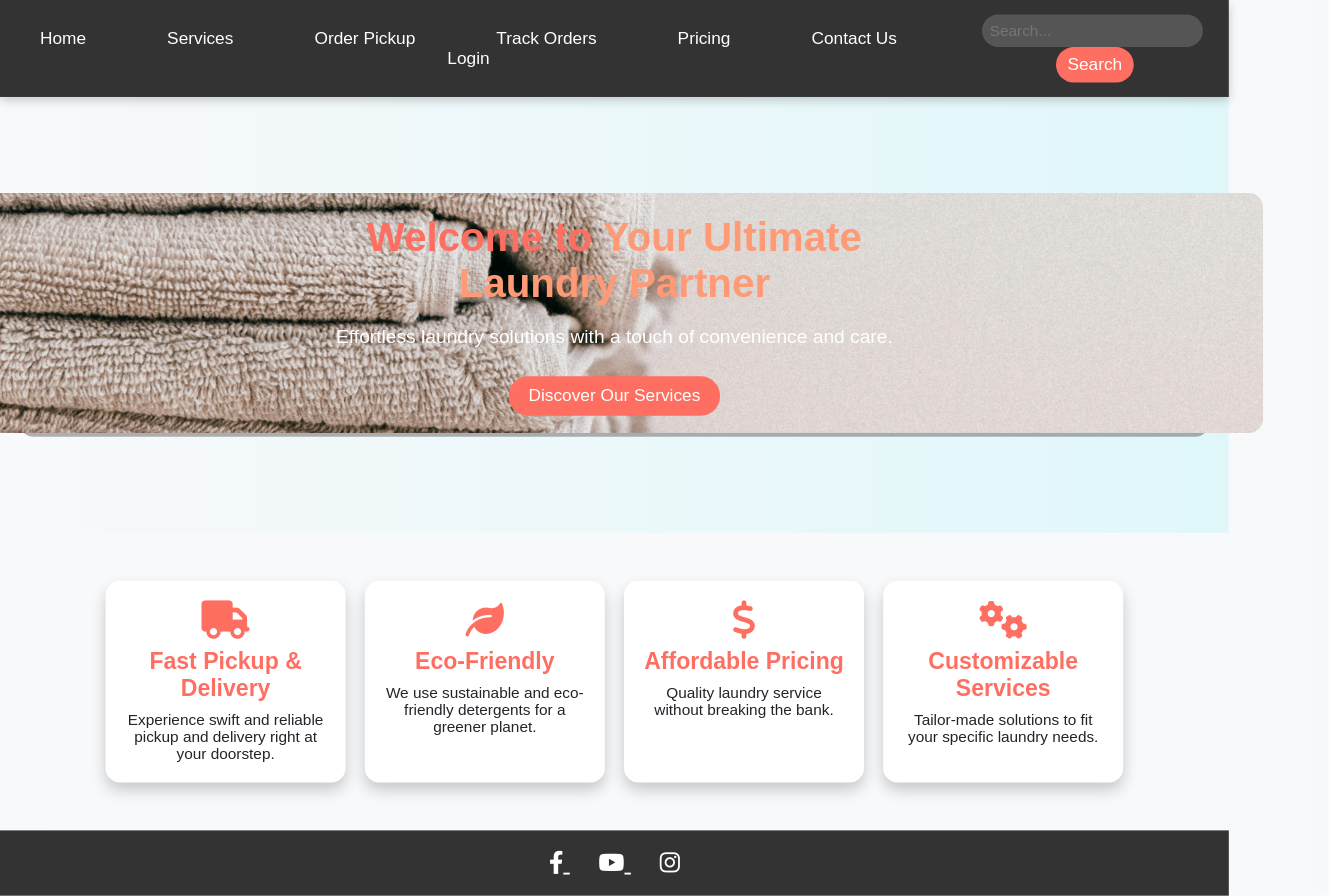
Repository: wmrmweerakoon/Online-Laundry-Management-System
Page: http://localhost/LaundryManagementSystem/home.jsp
These files come from the project's save history. The page is drawn as it stood at one moment and after the next save; the edit follows.
The browser window is 1280 px wide. The page is 1384 px wide, so the pictures cover 1384 px, including what lies to the right of the window. The pictures show the whole page, at 96% of full size.
The page is served by Tomcat 9.

Above is the page before, as saved 2024-10-08 04:01:46.

After the next save:
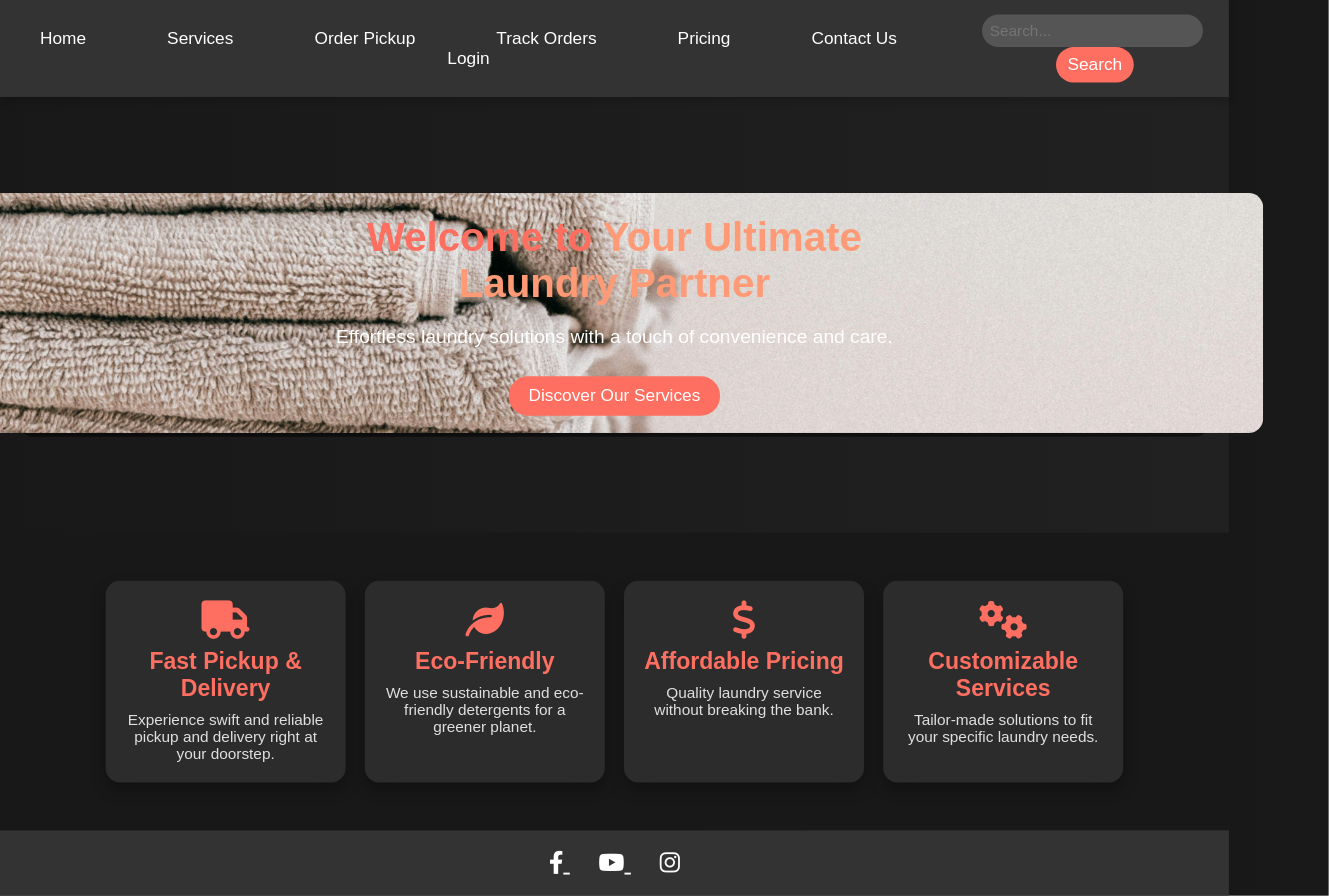
Saved 115 s later.
--- a/Projects/LaundryManagementSystem/src/main/webapp/CSS/home.css
+++ b/Projects/LaundryManagementSystem/src/main/webapp/CSS/home.css
@@ -9,9 +9,10 @@
     --menu-hover-bg-color: #444; /* Slightly lighter gray for hover */
     --menu-text-color: #ffffff; /* White text for contrast */
     --search-bar-bg: #555; /* Medium dark background for search bar */
-    --bg-gradient-start: #f8f9fa; /* Light Gradient Start */
-    --bg-gradient-end: #e0f7fa;  /* Light Teal Gradient End */
-    --text-primary: #212529; /* Darker text color */
+    --bg-color: #181818; /* Dark background for the homepage */
+    --bg-gradient-start: #181818; /* Dark Gradient Start */
+    --bg-gradient-end: #212121;  /* Darker Gradient End */
+    --text-primary: #e0e0e0; /* Light gray text color for contrast */
     --button-hover-color: #ff4824; /* Deep Coral */
 }
 
@@ -150,7 +151,7 @@ nav ul li a:hover::after {
     left: 0;
     width: 100%;
     height: 100%;
-    background: rgba(0, 0, 0, 0.3); /* Adjust color and opacity as needed */
+    background: rgba(0, 0, 0, 0.5); /* Adjust color and opacity as needed */
     border-radius: 15px;
 }
 
@@ -197,7 +198,7 @@ button:hover {
 .info-section {
     text-align: center;
     padding: 50px 20px;
-    background-color: var(--bg-gradient-start); /* Light background to complement the page */
+    background-color: var(--bg-color); /* Dark background to complement the page */
     color: var(--text-primary);
 }
 
@@ -209,12 +210,12 @@ button:hover {
 }
 
 .info-card {
-    background-color: var(--accent-color);
+    background-color: #2c2c2c; /* Dark gray for info cards */
     border-radius: 15px;
     padding: 20px;
     width: 250px;
     text-align: center;
-    box-shadow: 0 8px 15px rgba(0, 0, 0, 0.2);
+    box-shadow: 0 8px 15px rgba(0, 0, 0, 0.3);
     transition: transform 0.3s ease, box-shadow 0.3s ease;
 }
 
@@ -237,7 +238,7 @@ button:hover {
 
 .info-card:hover {
     transform: scale(1.05);
-    box-shadow: 0 12px 20px rgba(0, 0, 0, 0.3);
+    box-shadow: 0 12px 20px rgba(0, 0, 0, 0.4);
 }
 
 /* Social Media Links Styling */
